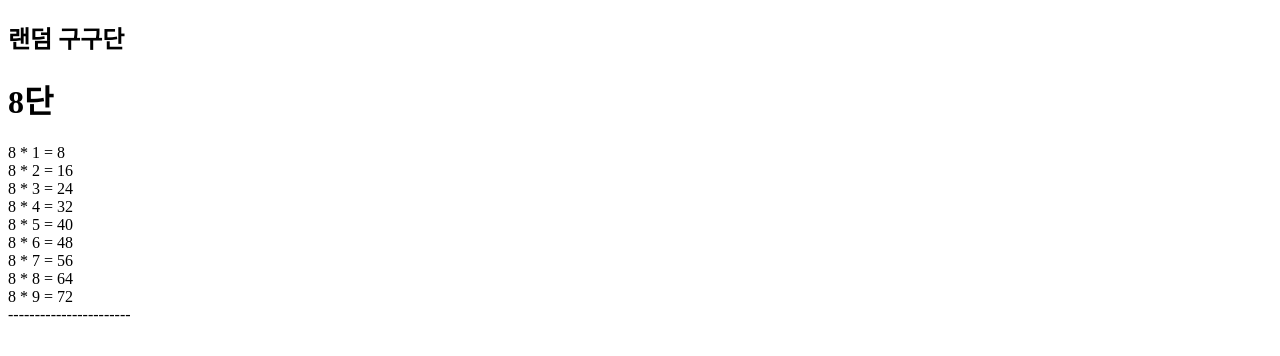
Repository: Yingjae/jsp_practice
Page: http://localhost/JSPBasic/JspTag/TagQ02.jsp
These files come from the project's save history. The page is drawn as it stood at one moment and after the next save; the edit follows.
The browser window is 1280 px wide. The pictures show the whole page.
The page is served by Tomcat 9.

Above is the page before, as saved 2022-01-28 06:30:37.

After the next save:
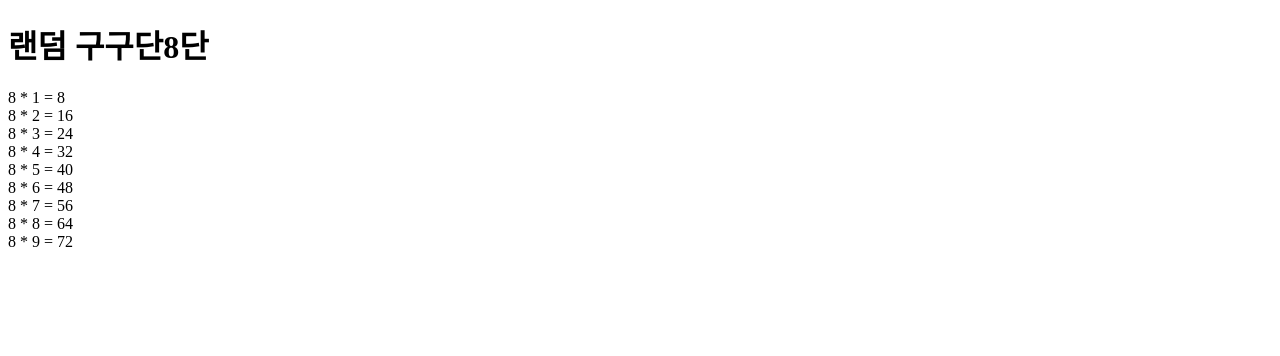
Saved 2 min 36 s later.
--- a/JSPBasic/src/main/webapp/JspTag/TagQ02.jsp
+++ b/JSPBasic/src/main/webapp/JspTag/TagQ02.jsp
@@ -7,14 +7,17 @@
 <title>Insert title here</title>
 </head>
 <body>
-	<h2>랜덤 구구단</h2>
-	<%
+
+<%
 	int i = (int)(Math.random() * 10 + 1);
-		out.println("<h1>"+ i + "단</h1>");
-		for(int j = 1; j < 10; j++){
-			out.println(i + " * " + j + " = " + (i * j) + "<br/>");
-			}
-		out.println("-----------------------<br/>");
-	%>
+	out.println("<h1>랜덤 구구단" + i + "단 </h1>");
+	for(int j = 1; j < 10; j++){
+		out.println(i + " * " + j + " = " + (i * j) + "<br/>");
+	}
+%>
+<%!
+ public int total = 0;
+%>
+
 </body>
 </html>
